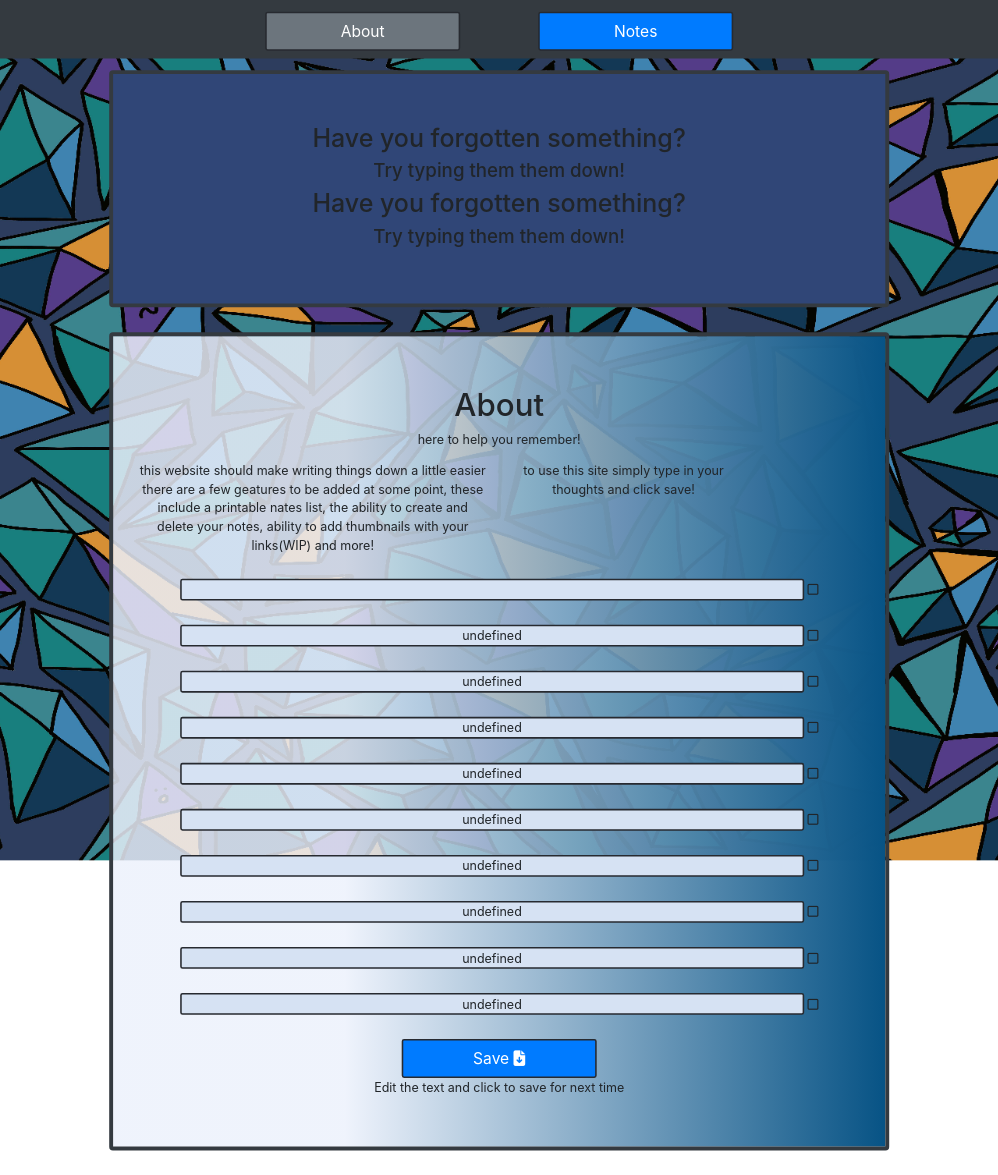
Repository: Kamicoda/Mynote
Page: index.html
The author's editor kept a record of every edit. The page is drawn from the files as they stood at one moment, then again after the next edit.
The browser window is 1280 px wide. The pictures show the whole page, at 78% of full size.
After loading, the first visible `#aboutNav` was clicked once.
Backgrounds fixed to the window are drawn as part of the page. Some web fonts or font styles are not loaded; a fallback is used. Some web libraries are served in a nearby version.

Above is the page before.

### index.html
<!DOCTYPE html>
<html lang="en">

<head>
    <meta charset="UTF-8">
    <meta name="viewport" content="width=device-width, initial-scale=1.0">
    <meta http-equiv="X-UA-Compatible" content="ie=edge">
    <title>Document</title>


    <!--Bootstrap-->
    <link rel="stylesheet" href="https://maxcdn.bootstrapcdn.com/bootstrap/4.2.1/css/bootstrap.min.css" type="text/css" />
    <link rel="stylesheet" href="https://cdnjs.cloudflare.com/ajax/libs/hover.css/2.3.1/css/hover-min.css" type="text/css" />
    <!--Css-->
    <link rel="stylesheet" href="assets/style/style.css" type="text/css" />
    <!--Jquery-->
    <script src="https://code.jquery.com/jquery-3.4.1.min.js" integrity="sha256-CSXorXvZcTkaix6Yvo6HppcZGetbYMGWSFlBw8HfCJo=" crossorigin="anonymous"></script>

    <!--Scripts-->
    <script src="https://kit.fontawesome.com/06adabaaa3.js"></script>
    <script type="text/javascript" src="assets/js/script1.js"></script>
    <script type="text/javascript" src="assets/js/script2.js"></script>


</head>

<body class="bgbody" onload="checkEdits()">

    <!--navigation-->
    <div class="container-fluid bg-dark">
        <ul class="nav justify-content-center w-100">
            <li class="nav-item">
                <button id="aboutNav" type="button" class="btn btn-secondary btn-lg border border-light">About</button>
            </li>
            <li class="nav-item">
                <button id="notesNav" type="button" class="btn btn-primary btn-lg border border-light">Notes</button>
            </li>

        </ul>
    </div>

    <div class="jumbotron border border-dark header bg-grey mx-auto">
        <div class="row">
            <div id="headerwelcome" class="col-12">
                <h2> Have you forgotten something?</h2>
                <h4>Try typing them them down!</h4>
            </div>

            <div id="headerabout" class="col-12">
                <h2> Have you forgotten something?</h2>
                <h4>Try typing them them down!</h4>
            </div>

            <div id="headernotes" class="col-12">
                <h2> Have you forgotten something?</h2>
                <h4>Try typing them them down!</h4>
            </div>
        </div>
    </div>

    <div class="jumbotron border border-dark cont header mx-auto">
        <div class="container-flex">


            <section id="aboutSec">
                <div class="row">
                    <div class="col">
                        <h1>About</h1>
                        <p>here to help you remember!</p>
                        <div class="row">
                            <div class="col-6">
                                <p>this website should make writing things down a little easier there are a few geatures to be added at some point, these include a printable nates list, the ability to create and delete your notes, ability to add thumbnails
                                    with your links(WIP) and more!</p>
                            </div>
                            <div class="col-4">
                                <p>to use this site simply type in your thoughts and click save!</p>
                            </div>
                        </div>
                    </div>
                </div>
        </div>
        </section>

        <section id="notesSec">
            <div class="row">

                <div class="col-12">
                    <div id="editList" class="row">

                        <div class="col-12">
                            <p id="edit" contenteditable="true" class="editableP border border-light"></p>
                            <div id="checkBox" class="checkbox">
                                <i id="fasquare" class="far fa-square"></i>
                                <i id="fabox" class="far fa-check-square"></i>
                            </div>
                        </div>

                        <div class="col-12">
                            <p id="edit1" contenteditable="true" class="editableP border border-light"></p>
                            <div id="checkBox1" class="checkbox">
                                <i id="fasquare1" class="far fa-square"></i>
                                <i id="fabox1" class="far fa-check-square"></i>
                            </div>
                        </div>

                        <div class="col-12">
                            <p id="edit2" contenteditable="true" class="editableP border border-light"></p>
                            <div id="checkBox2" class="checkbox">
                                <i id="fasquare2" class="far fa-square"></i>
                                <i id="fabox2" class="far fa-check-square"></i>
                            </div>
                        </div>

                        <div class="col-12">
                            <p id="edit3" contenteditable="true" class="editableP border border-light"></p>
                            <div id="checkBox3" class="checkbox">
                                <i id="fasquare3" class="far fa-square"></i>
                                <i id="fabox3" class="far fa-check-square"></i>
                            </div>
                        </div>

                        <div class="col-12">
                            <p id="edit4" contenteditable="true" class="editableP border border-light"></p>
                            <div id="checkBox4" class="checkbox">
                                <i id="fasquare4" class="far fa-square"></i>
                                <i id="fabox4" class="far fa-check-square"></i>
                            </div>
                        </div>

                        <div class="col-12">
                            <p id="edit5" contenteditable="true" class="editableP border border-light"></p>
                            <div id="checkBox5" class="checkbox">
                                <i id="fasquare5" class="far fa-square"></i>
                                <i id="fabox5" class="far fa-check-square"></i>
                            </div>
                        </div>

                        <div class="col-12">
                            <p id="edit6" contenteditable="true" class="editableP border border-light"></p>
                            <div id="checkBox6" class="checkbox">
                                <i id="fasquare6" class="far fa-square"></i>
                                <i id="fabox6" class="far fa-check-square"></i>
                            </div>
                        </div>

                        <div class="col-12">
                            <p id="edit7" contenteditable="true" class="editableP border border-light"></p>
                            <div id="checkBox7" class="checkbox">
                                <i id="fasquare7" class="far fa-square"></i>
                                <i id="fabox7" class="far fa-check-square"></i>
                            </div>
                        </div>

                        <div class="col-12">
                            <p id="edit8" contenteditable="true" class="editableP border border-light"></p>
                            <div id="checkBox8" class="checkbox">
                                <i id="fasquare8" class="far fa-square"></i>
                                <i id="fabox8" class="far fa-check-square"></i>
                            </div>
                        </div>

                        <div class="col-12">
                            <p id="edit9" contenteditable="true" class="editableP border border-light"></p>
                            <div id="checkBox9" class="checkbox">
                                <i id="fasquare9" class="far fa-square"></i>
                                <i id="fabox9" class="far fa-check-square"></i>
                            </div>

                            <div>
                                <button type="button " onclick="save()" class="btn btn-primary btn-lg border border-light saveButton">Save
                        <i class="fas fa-file-download"></i></button>
                            </div>

                            <div id="update"> Edit the text and click to save for next time </div>
                        </div>
                    </div>
                </div>
            </div>
        </section>
    </div>

</body>
<footer>

</footer>

</html>

### assets/style/style.css
@import url('https://fonts.googleapis.com/css?family=Roboto:100,200,300,400,500,600,700|Exo:100,200,300,400,500,600,700|Six Caps:100,200,300,400,500,600,700');
/* Palette URL: http://paletton.com/#uid=a3K0o0k6J95irOtlmmkmW6wBrbb */

/* Feel free to copy&paste color codes to your application */

/* As RGBa codes */

/*
base-grey
RGB: 38–41–47

dark blu
RGB: 9–26–63

light grey
RGB: 126–135–155

blue
RGB: 48–70–118

light blue
RGB: 102–143–232

*/

/* Generated by Paletton.com © 2002-2014 */

/* http://paletton.com */

/*Colors*/

.bg-dark {
    background-color: rgba(39, 42, 48, 1);
}

.bg-grey {
    background-color: rgba(48, 70, 119, 1);
}

.bg-light {
    background-color: rgba(72, 63, 57, 0.5);

}

/*background*/
.border-dark {
    margin-top: 15px;
    border-width: 5px !important;

    border-bottom-style: solid;
    border-color: rgba(39, 42, 48, 1);
}

.border-light {
    margin-top: 15px;
    border-width: 2px !important;

    border-bottom-style: solid;
    border-color: rgba(39, 42, 48, 1) !important;
    border-radius: 3px;
}

.bgbody {
    background: url("notesBg.jpg");
    Margin: 0;
    background-position: top;
    background-repeat: no-repeat;
    background-attachment: fixed;
    min-width: 100%;
    z-index: -1;
}

.navigationbackground {
    position: fixed;
    height: 100%;
    width: 100%;
}

.nav-item {
    margin-left: 50px;
    margin-right: 50px;
    margin-bottom: 10px;
}

.btn {
    border-radius: 0;
    width: 250px;
    border-radius: 3px;
}

.header {
    text-align: center;
    width: 1000px;

    }

.editableP {
    padding: 5;
    background-color: rgba(214, 226, 243, 1);
    display: inline-block;
    width: 800px;
}

.cont {
  background: rgb(236,241,252);
background: linear-gradient(90deg, rgba(236,241,252,0.835171568627451) 30%, rgba(7,83,133,1) 100%);

}


.ul .li {
    list-style: none;
}

.checkbox {
    margin-bottom: 16px;
    text-align: left;
    display: inline-block;
}

### assets/js/script1.js
//Buttons
$(document).ready(function() {

    $('#aboutSec').toggle();
    $('#notesSec').show();
    $('#gamesSec').toggle();
    $('#linksSec').toggle();
    $('.fa-check-square').toggle();
    $('#headerwelcome').show();
    $('#headerabout').toggle();
    $('#headernotes').toggle();

    //$('#item').toggle();
    //$('#item1').toggle();
    //$('#item2').toggle();

    $('#aboutNav').on('click', function() {
        $('#aboutSec').toggle(1000);
        $('#headerwelcome').show();
        $('#headerabout').toggle();
    });

    $('#notesNav').on('click', function() {
        $('#notesSec').toggle(1000);
        $('#headerwelcome').hide();
        $('#headernotes').toggle();

    });

    $('#gamesNav').on('click', function() {
        $('#gamesSec').toggle(1000);

    });

    $('#linksNav').on('click', function() {
        $('#menu3').toggle();
        $('#linksSec').toggle(1000);

    });

    $('#checkBox').on('click', function() {
        $('#fasquare').toggle();
        $('#fabox').toggle();
    });

    $('#checkBox1').on('click', function() {
        $('#fasquare1').toggle();
        $('#fabox1').toggle();
    });

    $('#checkBox2').on('click', function() {
        $('#fasquare2').toggle();
        $('#fabox2').toggle();
    });

    $('#checkBox3').on('click', function() {
        $('#fasquare3').toggle();
        $('#fabox3').toggle();
    });

    $('#checkBox4').on('click', function() {
        $('#fasquare4').toggle();
        $('#fabox4').toggle();
    });

    $('#checkBox5').on('click', function() {
        $('#fasquare5').toggle();
        $('#fabox5').toggle();
    });

    $('#checkBox6').on('click', function() {
        $('#fasquare6').toggle();
        $('#fabox6').toggle();
    });

    $('#checkBox7').on('click', function() {
        $('#fasquare7').toggle();
        $('#fabox7').toggle();
    });

    $('#checkBox8').on('click', function() {
        $('#fasquare8').toggle();
        $('#fabox8').toggle();
    });

    $('#checkBox9').on('click', function() {
        $('#fasquare9').toggle();
        $('#fabox9').toggle();
    });


    // $('#new').on('click', function() {
    //  count += 1;
    //  $('#item' + count).show()
    //$('#editList').append(`<p id="edit` + count + `" contenteditable="true" class="editableP"></p><button type="button " onclick="save`+ count +`()" class="saveButton">Save
    // <i class="fas fa-file-download"></i></button>`);

    // });
});

// this is adding numbers to the ID "edit"
var count = 0;

### assets/js/script2.js

function save() {
localStorage.userEdits = document.getElementById("edit").innerText;
localStorage.userEdits1 = document.getElementById("edit1").innerText;
localStorage.userEdits2 = document.getElementById("edit2").innerText;
localStorage.userEdits3 = document.getElementById("edit3").innerText;
localStorage.userEdits4 = document.getElementById("edit4").innerText;
localStorage.userEdits5 = document.getElementById("edit5").innerText;
localStorage.userEdits6 = document.getElementById("edit6").innerText;
localStorage.userEdits7 = document.getElementById("edit7").innerText;
localStorage.userEdits8 = document.getElementById("edit8").innerText;
localStorage.userEdits9 = document.getElementById("edit9").innerText;

document.getElementById("update").innerHTML="Edits saved!";
}

function checkEdits() {

if(localStorage.userEdits!=null)
document.getElementById("edit").innerHTML = localStorage.userEdits;
document.getElementById("edit1").innerHTML = localStorage.userEdits1;
document.getElementById("edit2").innerHTML = localStorage.userEdits2;
document.getElementById("edit3").innerHTML = localStorage.userEdits3;
document.getElementById("edit4").innerHTML = localStorage.userEdits4;
document.getElementById("edit5").innerHTML = localStorage.userEdits5;
document.getElementById("edit6").innerHTML = localStorage.userEdits6;
document.getElementById("edit7").innerHTML = localStorage.userEdits7;
document.getElementById("edit8").innerHTML = localStorage.userEdits8;
document.getElementById("edit9").innerHTML = localStorage.userEdits9;
}

//original code idea from https://www.developerdrive.com/allowing-users-to-edit-text-content-with-html5/
//with some tweaking


//

After the next edit:
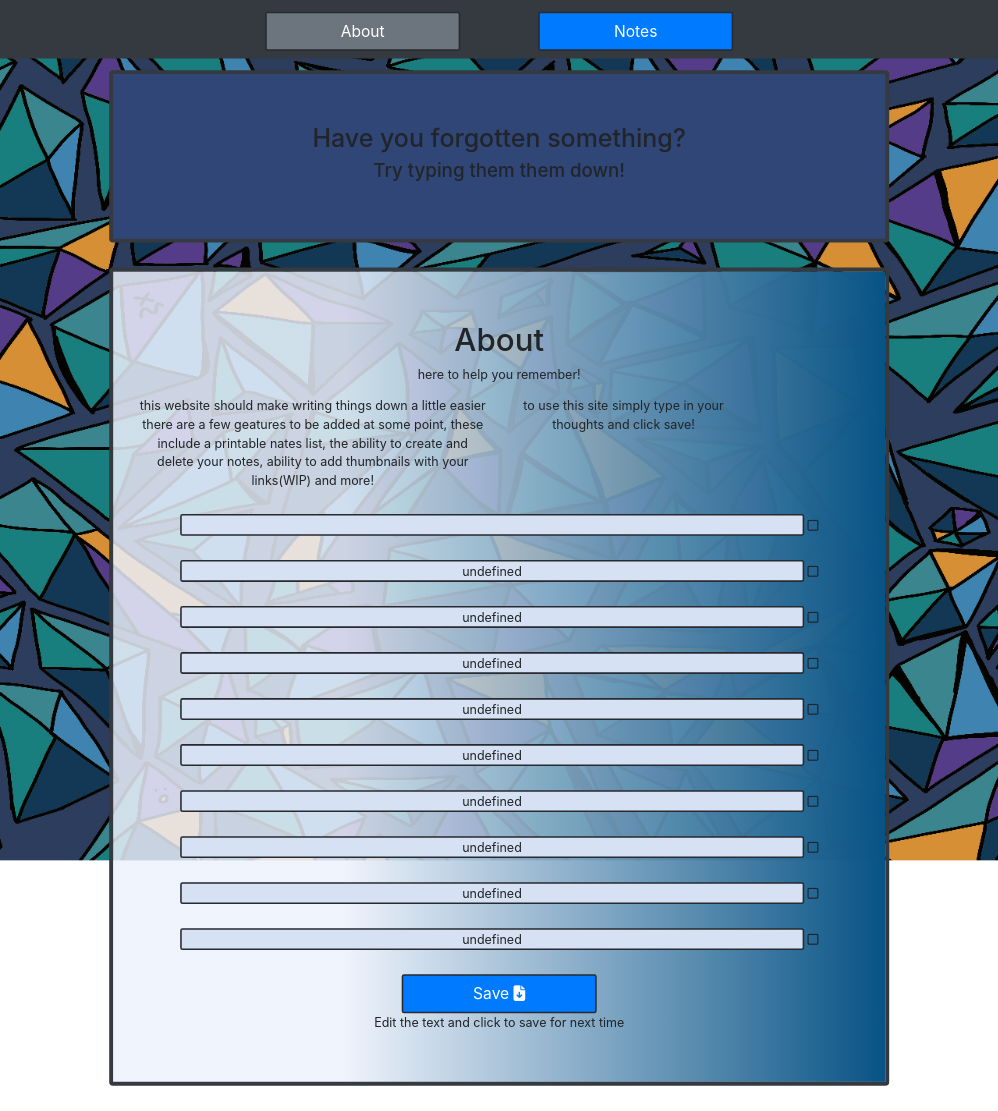
The edit:
--- a/assets/js/script1.js
+++ b/assets/js/script1.js
@@ -16,7 +16,7 @@
 
     $('#aboutNav').on('click', function() {
         $('#aboutSec').toggle(1000);
-        $('#headerwelcome').show();
+        $('#headerwelcome').hide();
         $('#headerabout').toggle();
     });
 
